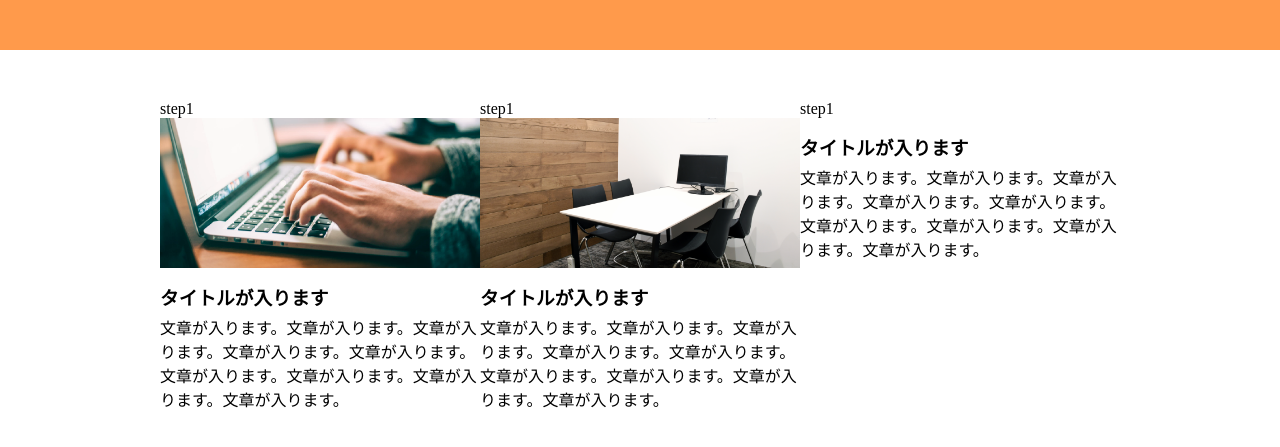
Repository: Tyubyasa/abc
Page: chapter9-2/chapter9-2.html
The author's editor kept a record of every edit. The page is drawn from the files as they stood at one moment, then again after the next edit.
The browser window is 1280 px wide. The pictures show the whole page.

Above is the page before.

After the next edit:
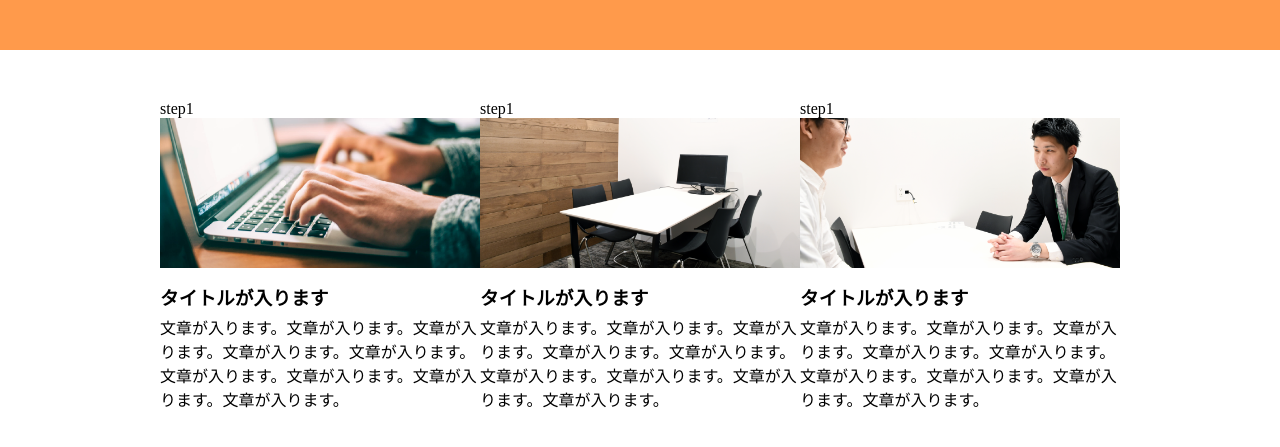
The edit:
--- a/chapter9-2/chapter9-2.html
+++ b/chapter9-2/chapter9-2.html
@@ -36,7 +36,7 @@
         <div class="step">step1</div>
         <div class="content">
 
-          <div class="image1"></div>
+          <div class="step-img3"></div>
           <h3 class="title">タイトルが入ります</h3>
           <p>文章が入ります。文章が入ります。文章が入ります。文章が入ります。文章が入ります。文章が入ります。文章が入ります。文章が入ります。文章が入ります。</p>
         </div>
